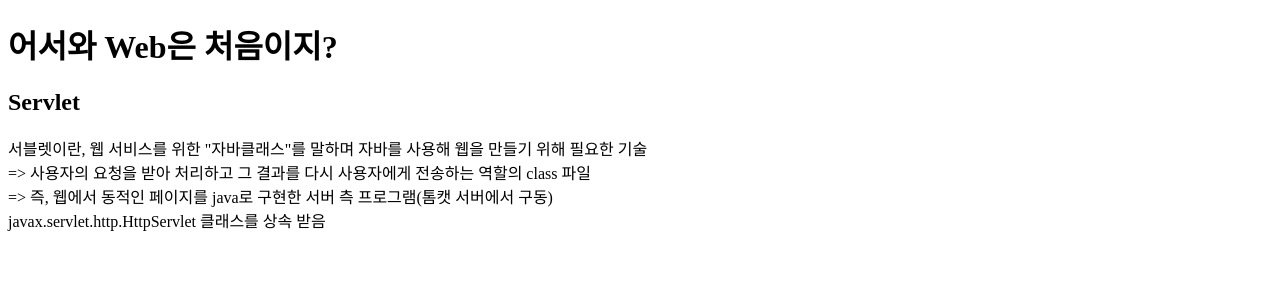
Repository: chuhj1226/servlet
Page: workspace/1_Servlet/WebContent/index.html
An editor plug-in stored every save of this project. The page is shown before and after a run of saves, followed by the edit.
The browser window is 1280 px wide. The pictures show the whole page.

Above is the page before, as saved 2021-10-04 08:34:14.

After the next 2 saves:
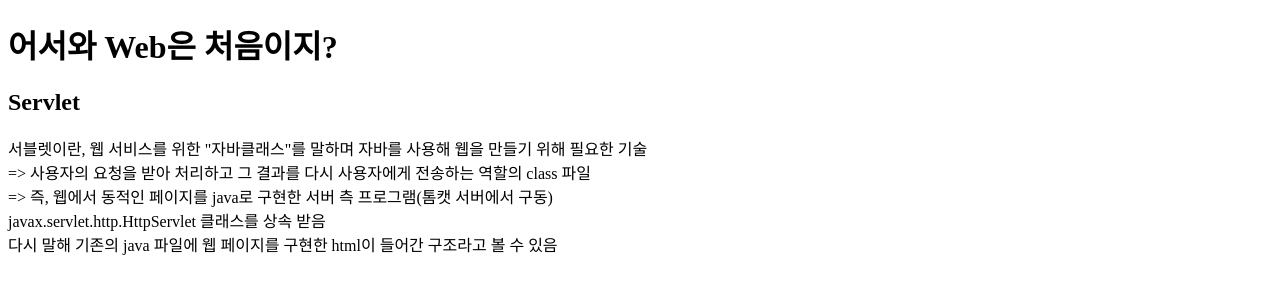
The 2 saves are shown as one change because they came seconds apart.
The last was saved 27 s later.
--- a/workspace/1_Servlet/WebContent/index.html
+++ b/workspace/1_Servlet/WebContent/index.html
@@ -33,7 +33,9 @@
 		서블렛이란, 웹 서비스를 위한 "자바클래스"를 말하며 자바를 사용해 웹을 만들기 위해 필요한 기술<br>
 		=> 사용자의 요청을 받아 처리하고 그 결과를 다시 사용자에게 전송하는 역할의 class 파일<br>
 		=> 즉, 웹에서 동적인 페이지를 java로 구현한 서버 측 프로그램(톰캣 서버에서 구동)<br>
-		javax.servlet.http.HttpServlet 클래스를 상속 받음
+		javax.servlet.http.HttpServlet 클래스를 상속 받음<br>
+
+		다시 말해 기존의 java 파일에 웹 페이지를 구현한 html이 들어간 구조라고 볼 수 있음<br>
 	</p>
 
 </body>
